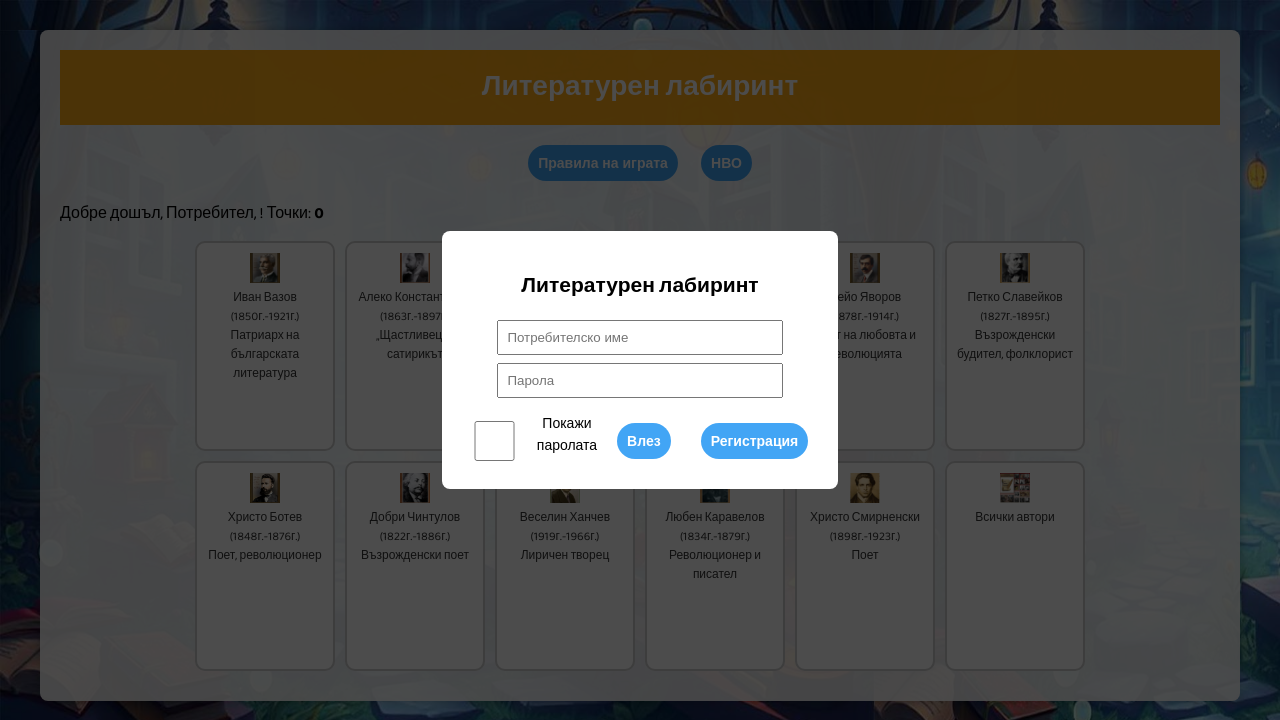
Repository: LY1177/litmaze
Page: public/index.html
An editor plug-in stored every save of this project. The page is shown before and after the next save, followed by the edit.
The browser window is 1280 px wide. The pictures show the window.
The page's requests for data from a server got no answer. A layer covers the whole window, so only the first screen is drawn. Backgrounds fixed to the window are drawn as part of the page.

Above is the page before, as saved 2025-05-01 23:23:16.

After the next save:
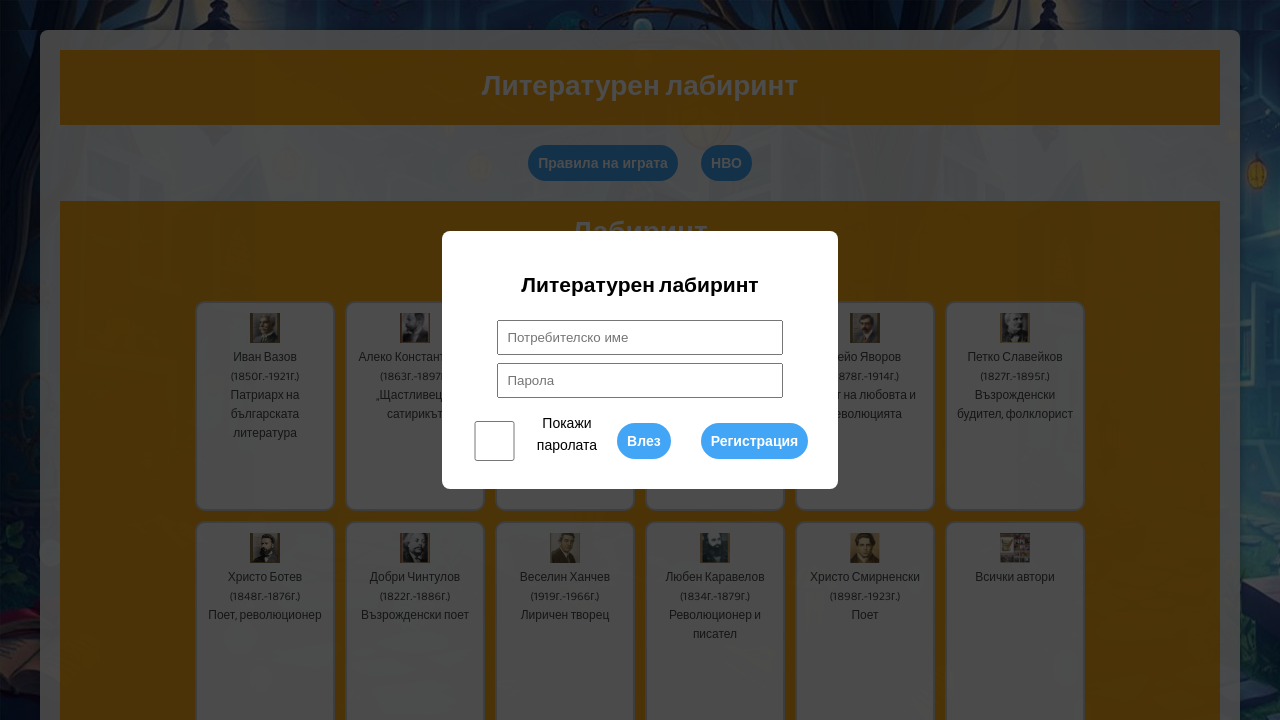
Saved 113 s later.
--- a/public/index.html
+++ b/public/index.html
@@ -86,12 +86,16 @@
   <button id="rules-btn" class="btn">Правила на играта</button>
   <button id="nvo-btn" class="btn">НВО</button>
  </div>
- <div id="user-info">
-
-    Добре дошъл, Потребител, <strong><span id="username"></span></strong>!
-    Точки: <strong><span id="score">0</span></strong>
-
-</div>
+ <header id="top-bar">
+  <h1 id="labyrinth-title">Лабиринт</h1>
+  <div id="user-info">
+
+    Ниво: <span id="current-level">1</span> |
+
+      Потребител,  <span id="display-username"></span><strong><span id="display-username"></span></strong>!
+      Точки: <strong><span id="score">0</span></strong>
+
+  </div>
 
       <!-- Мрежа с 12 карти -->
       <div class="card-container">

After the 2 saves that followed:
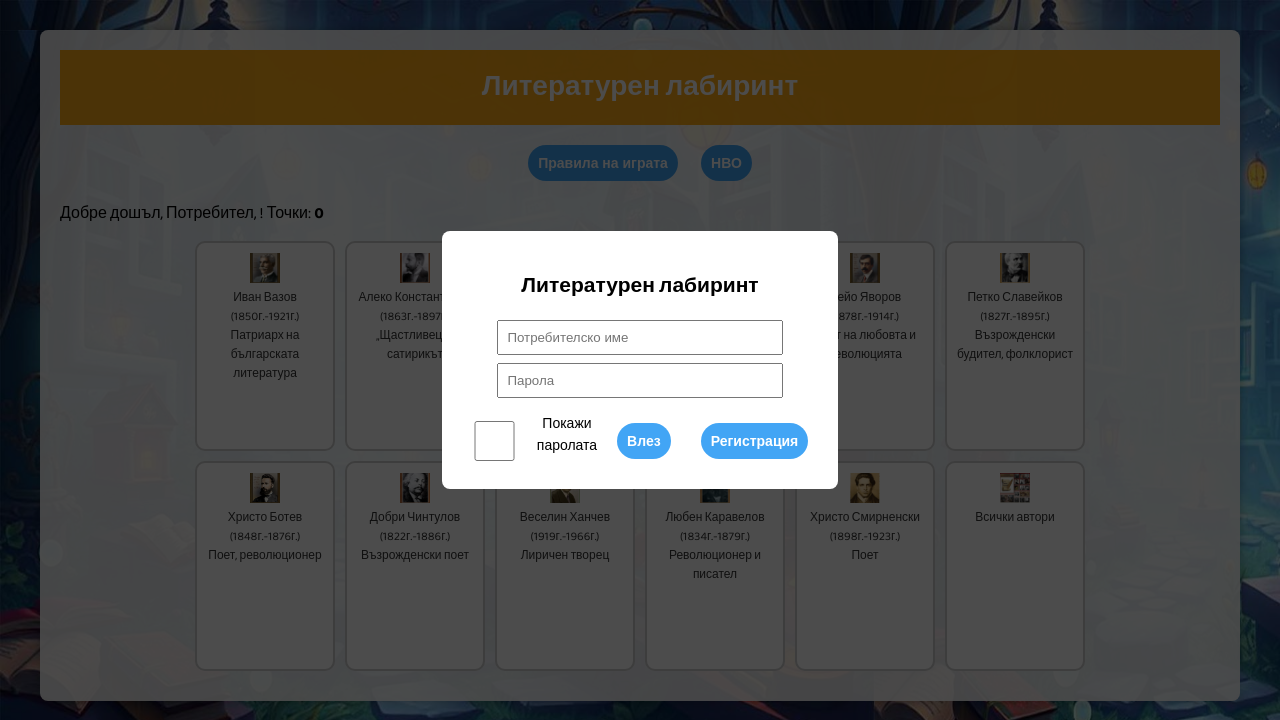
The 2 saves are shown as one change because they came seconds apart.
The last was saved 53 s later.
--- a/public/index.html
+++ b/public/index.html
@@ -86,16 +86,12 @@
   <button id="rules-btn" class="btn">Правила на играта</button>
   <button id="nvo-btn" class="btn">НВО</button>
  </div>
- <header id="top-bar">
-  <h1 id="labyrinth-title">Лабиринт</h1>
-  <div id="user-info">
-
-    Ниво: <span id="current-level">1</span> |
-
-      Потребител,  <span id="display-username"></span><strong><span id="display-username"></span></strong>!
-      Точки: <strong><span id="score">0</span></strong>
-
-  </div>
+ <div id="user-info">
+
+    Добре дошъл, Потребител, <strong><span id="username"></span></strong>!
+    Точки: <strong><span id="score">0</span></strong>
+
+</div>
 
       <!-- Мрежа с 12 карти -->
       <div class="card-container">
